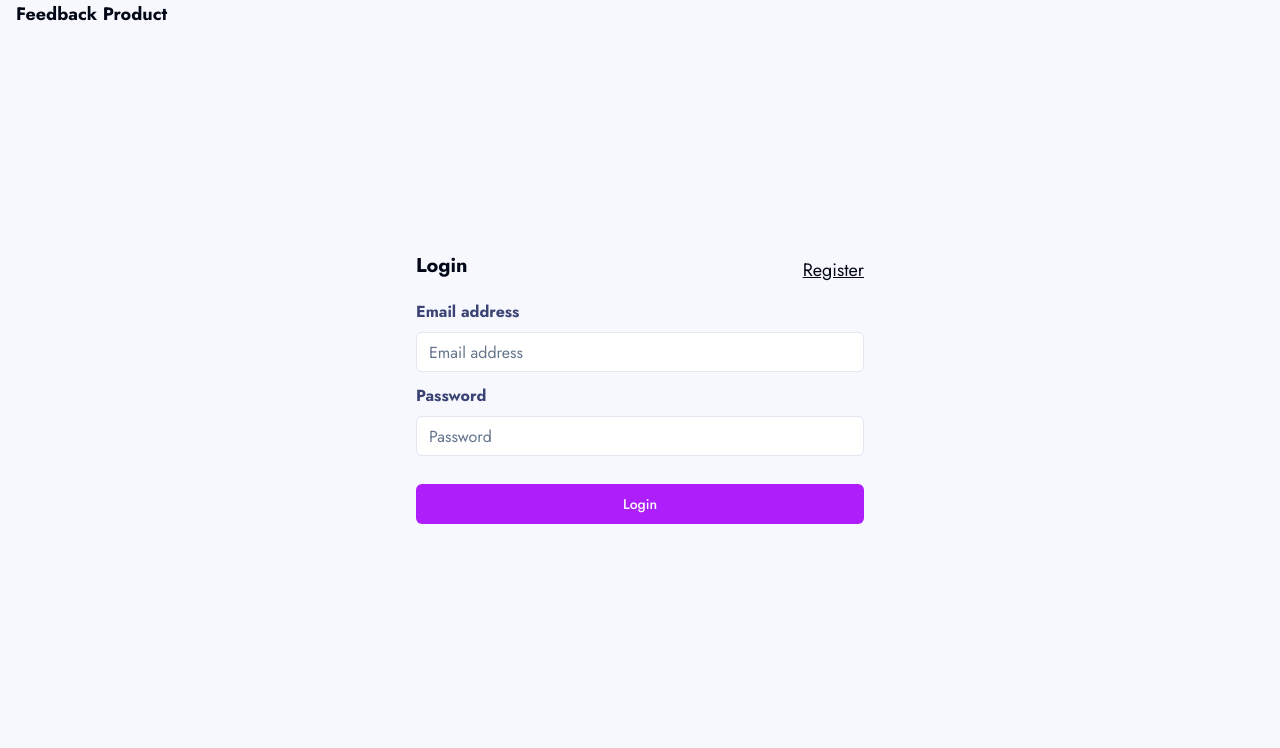
Repository: KornelJanczak/product-feedback-app
Page: /login
These files come from the project's save history. The page is drawn as it stood at one moment and after a run of saves; the edit follows.
The browser window is 1280 px wide. The pictures show the whole page.
The page's requests for data from a server got no answer. The project was rebuilt for these pictures with package versions that can differ from the ones it lists, and the page was loaded fresh each time. The framework's server and built-in components were replaced by stand-ins that run in the browser. No one was signed in, and anything a server would have sent is missing. Also part of the build but not shown: next.config.js, next.config.mjs.

Above is the page before, as saved 2024-01-28 19:45:42.

After the next 2 saves:
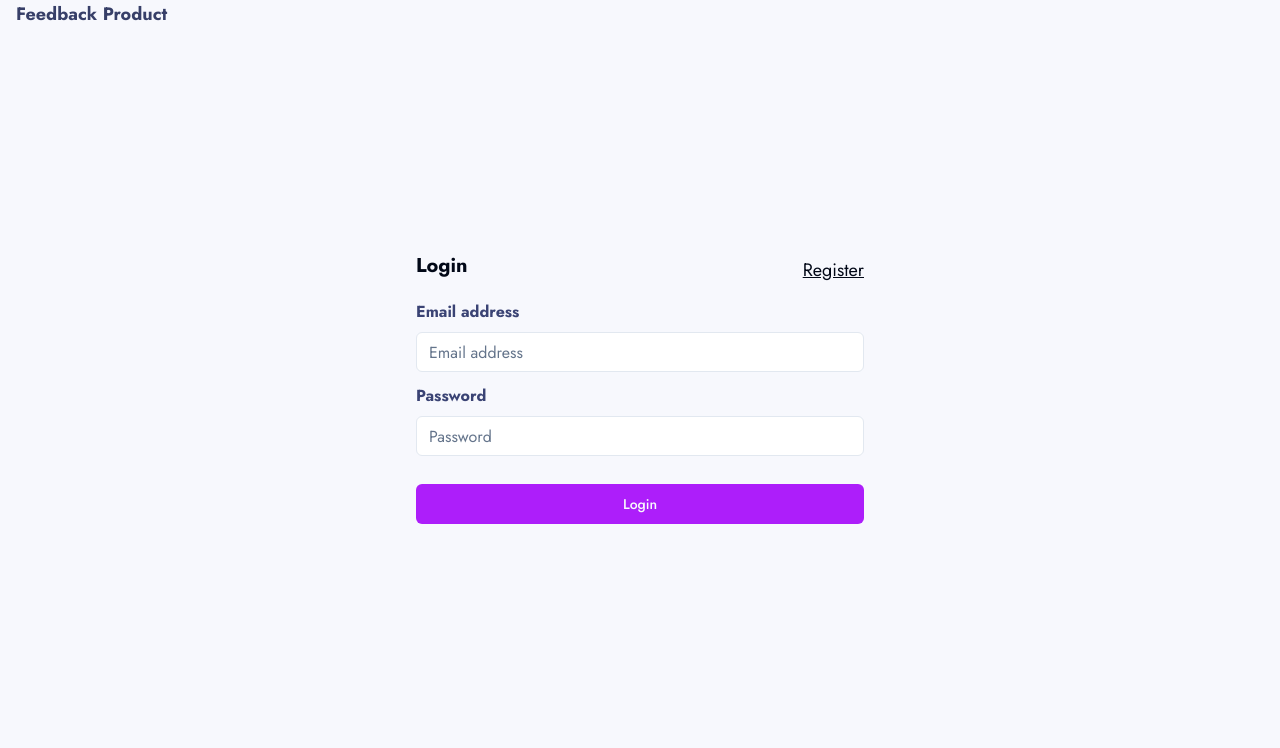
The 2 saves are shown as one change because they came seconds apart.
The last was saved 33 s later.
--- a/app/(auth)/layout.tsx
+++ b/app/(auth)/layout.tsx
@@ -3,7 +3,7 @@ import { ReactNode } from "react";
 export default function Layout({ children }: { children: ReactNode }) {
   return (
     <>
-      <header className="container text-lg font-bold">
+      <header className="container text-lg font-bold text-dark">
         <h2>Feedback Product</h2>
       </header>
       {children}
